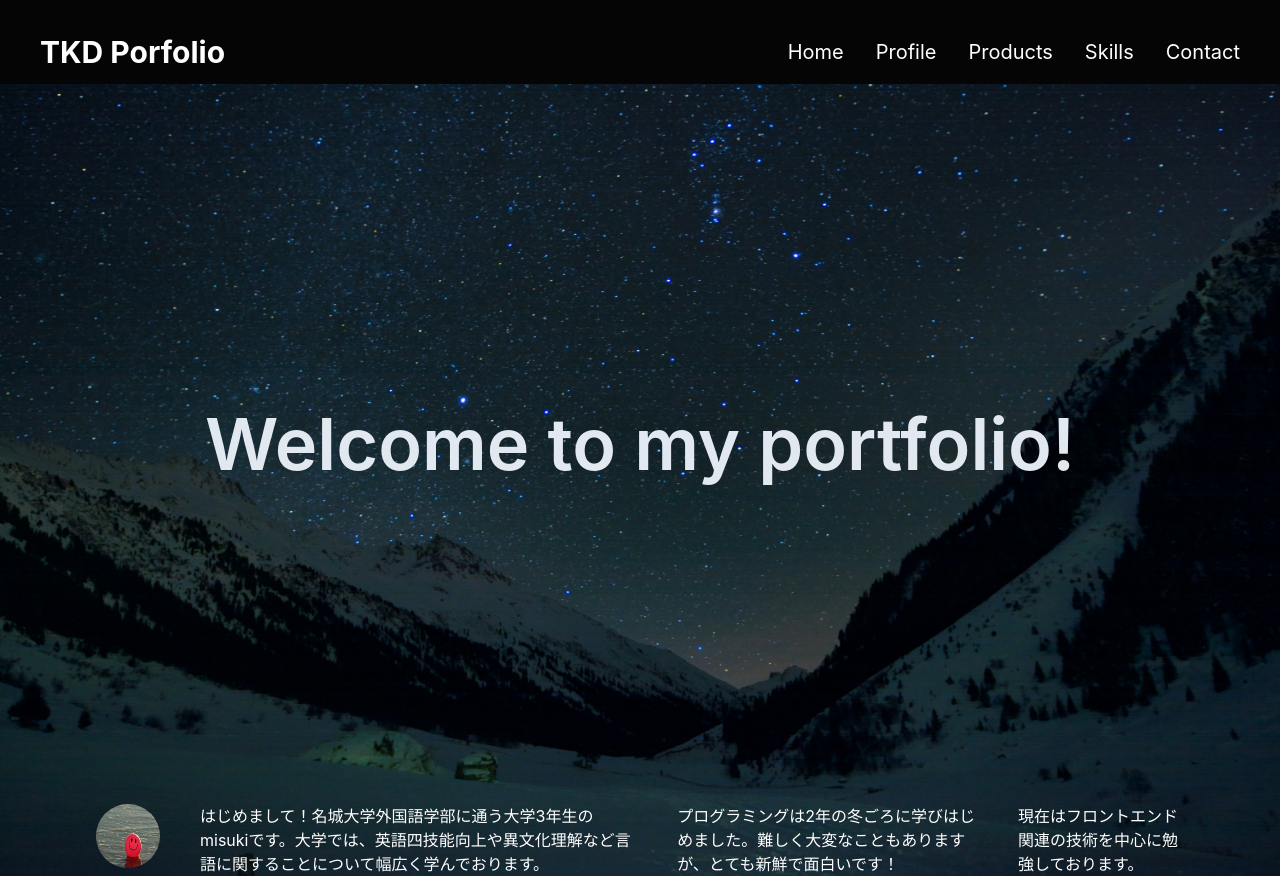
Repository: MitukiTakada/todo-aplication
Page: / (app in design/dev/react-tailwind/react-tailwind/)
These files come from the project's save history. The page is drawn as it stood at one moment and after a run of saves; the edit follows.
The browser window is 1280 px wide. The pictures show the whole page.
The project was rebuilt for these pictures with package versions that can differ from the ones it lists, and the page was loaded fresh each time. Also part of the build but not shown: design/dev/react-tailwind/react-tailwind/src/components/Contact.jsx, design/dev/react-tailwind/react-tailwind/src/components/Products.jsx, design/dev/react-tailwind/react-tailwind/src/components/Profile.jsx, design/dev/react-tailwind/react-tailwind/src/components/Skills.jsx.

Above is the page before, as saved 2022-11-19 14:55:41.

After the next 2 saves:
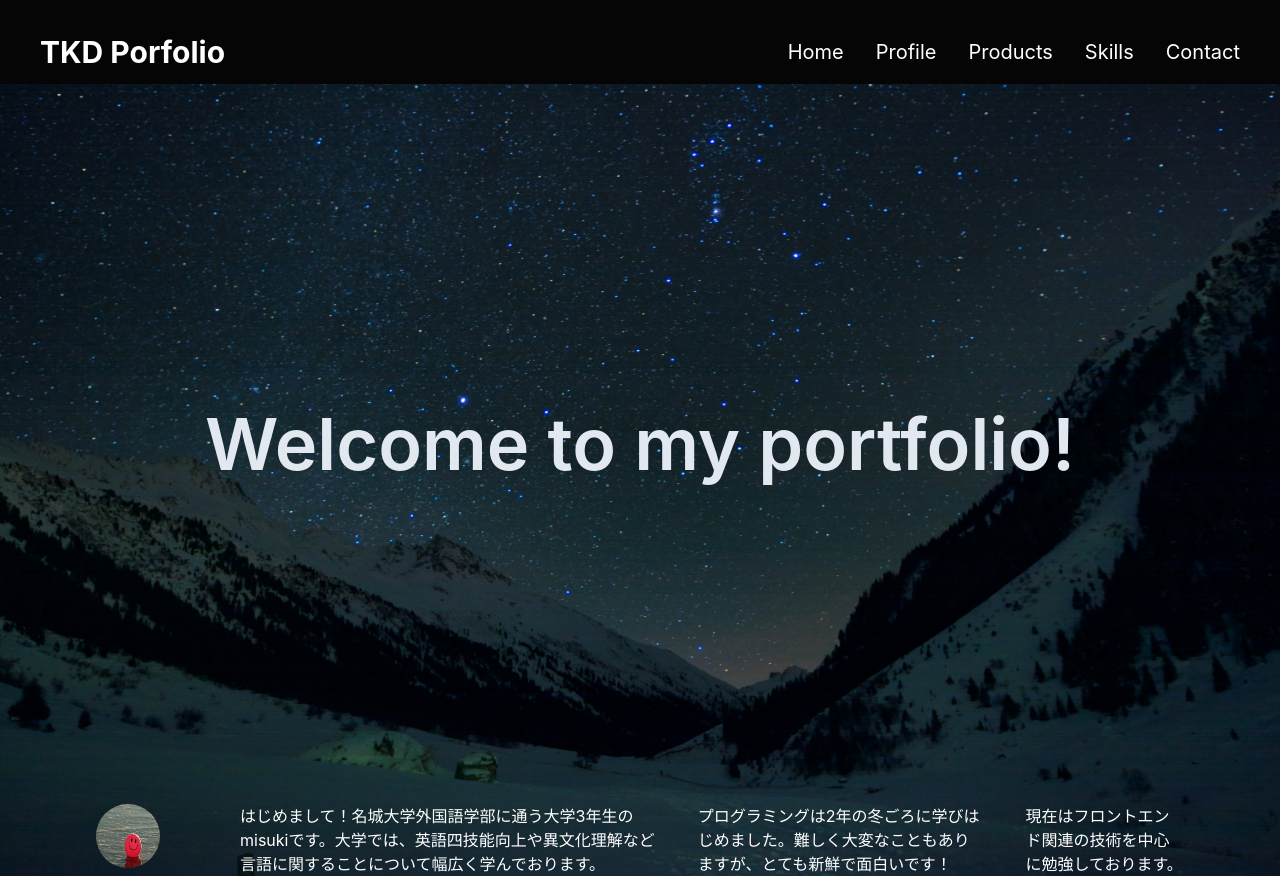
The 2 saves are shown as one change because they came seconds apart.
The last was saved 11 s later.
--- a/design/dev/react-tailwind/react-tailwind/src/components/Home.jsx
+++ b/design/dev/react-tailwind/react-tailwind/src/components/Home.jsx
@@ -11,6 +11,9 @@ const Home = () => {
       </div>
       <div className="flex mx-auto px-24 space-x-10">
         <img src={userImage} alt="" className="h-16 w-16 rounded-full"/>
+        <div>
+
+        </div>
         <p>
           はじめまして！名城大学外国語学部に通う大学3年生のmisukiです。大学では、英語四技能向上や異文化理解など言語に関することについて幅広く学んでおります。
         </p>
